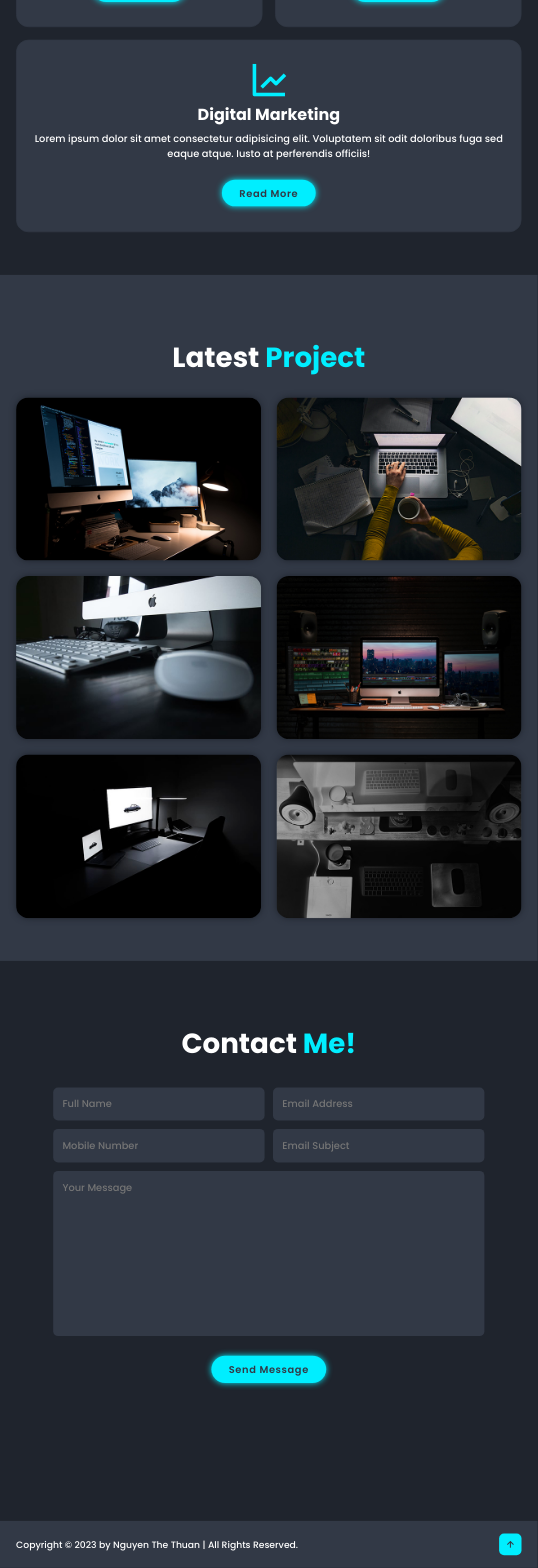
Repository: nguyenthethuan2004/portfolio
Page: index.html
These files come from the project's save history. The page is drawn as it stood at one moment and after the next save; the edit follows.
The browser window is 768 px wide. The pictures show the part of the page from y = 2394 to 4634 px (the page is 4634 px tall), at 70% of full size.

Above is the page before, as saved 2023-10-03 19:25:51.
Console error: ReferenceError: navbar is not defined

### index.html
<!DOCTYPE html>
<html lang="en">
  <head>
    <meta charset="UTF-8" />
    <meta name="viewport" content="width=device-width, initial-scale=1.0" />
    <title>Nguyen The Thuan</title>

    <!-- custom css -->

    <link rel="stylesheet" href="css/style.css" />

    <!-- box icon -->

    <link
      href="https://unpkg.com/boxicons@2.1.4/css/boxicons.min.css"
      rel="stylesheet"
    />
  </head>
  <body>

    <!-- header design -->

    <header class="header">
      <a href="#" class="logo" >Portfolio</a>

      <i class='bx bx-menu' id="menu-icon" ></i>

      <nav class="navbar">
        <a href="#home" class="active">Home</a>
        <a href="#about">About</a>
        <a href="#services">Services</a>
        <a href="#portfolio">Portfolio</a>
        <a href="#contact">Contact</a>
      </nav>
    </header>

    <!-- home setion design -->

    <section class="home" id="home">
      <div class="home-content">
        <h3>Hello, It's Me</h3>
        <h1>Nguyen The Thuan</h1>
        <h3>And I'm a <span>Fullstack Developer</span></h3>
        <p>
          Lorem ipsum dolor sit amet consectetur adipisicing elit. Repellat,
          modi? Quas sapiente blanditiis odit nam magni ad!
        </p>
        <div class="social-media">
          <a href=""><i class="bx bxl-facebook"></i></a>
          <a href=""><i class="bx bxl-github"></i></a>
          <a href=""><i class="bx bxl-linkedin"></i></a>
          <a href=""><i class="bx bxl-youtube"></i></a>
        </div>

        <a href="#" class="btn">Download CV</a>
      </div>

      <div class="home-img">
        <img
          src="Image/315543773_466116068957574_5528625686489521569_n (1).png" alt="Anh"
        />
      </div>
    </section>

    <!-- about section design -->

    <section class="about" id="about">
      <div class="about-img">
        <img src="Image/315543773_466116068957574_5528625686489521569_n (1).png" alt="">
      </div>
      <div class="about-content">
        <h2 class="heading">About <span>Me</span></h2>
        <h3>Graphic Design!</h3>
        <p>Lorem ipsum dolor sit amet consectetur adipisicing elit. Quaerat, nihil nemo quia aperiam voluptate iusto rerum commodi dicta animi accusantium ullam illum provident incidunt? Incidunt quas possimus quam tenetur. Eos expedita quis, nihil aperiam ab qui impedit sunt. Quam iusto dolorum voluptatum debitis in, delectus pariatur?</p>
        <a href="#" class="btn">Read More</a>
      </div>
    </section>

    <!-- services section design -->

    <section class="services" id="services">
      <h2 class="heading">Our <span>Services</span></h2>

      <div class="services-container">
        <div class="services-box">
          <i class='bx bx-code-alt'></i>
          <h3>Web Developer</h3>
          <p>Lorem ipsum dolor sit amet consectetur adipisicing elit. Voluptatem sit odit doloribus fuga sed eaque atque. Iusto at perferendis officiis!</p>
          <a href="#" class="btn">Read More</a>
        </div>

        <div class="services-box">
          <i class='bx bxs-paint' ></i>
          <h3>Graphic Design</h3>
          <p>Lorem ipsum dolor sit amet consectetur adipisicing elit. Voluptatem sit odit doloribus fuga sed eaque atque. Iusto at perferendis officiis!</p>
          <a href="#" class="btn">Read More</a>
        </div>

        <div class="services-box">
          <i class='bx bx-line-chart' ></i>
          <h3>Digital Marketing</h3>
          <p>Lorem ipsum dolor sit amet consectetur adipisicing elit. Voluptatem sit odit doloribus fuga sed eaque atque. Iusto at perferendis officiis!</p>
          <a href="#" class="btn">Read More</a>
        </div>
      </div>
    </section>

    <!-- portfolio section design -->

    <section class="portfolio" id="portfolio">
      <h2 class="heading">Latest <span>Project</span></h2>

      <div class="portfolio-container">
        <div class="portfolio-box">
          <img src="Image/1.jpg" alt="">
          <div class="portfolio-layer">
            <h4>Web Design</h4>
            <p>Lorem, ipsum dolor sit amet consectetur adipisicing elit. Accusamus, exercitationem?</p>
            <a href="#"><i class='bx bx-link-external' ></i></a>
          </div>
        </div>

        <div class="portfolio-box">
          <img src="Image/2.jpg" alt="">
          <div class="portfolio-layer">
            <h4>Web Design</h4>
            <p>Lorem, ipsum dolor sit amet consectetur adipisicing elit. Accusamus, exercitationem?</p>
            <a href="#"><i class='bx bx-link-external' ></i></a>
          </div>
        </div>

        <div class="portfolio-box">
          <img src="Image/3.jpg" alt="">
          <div class="portfolio-layer">
            <h4>Web Design</h4>
            <p>Lorem, ipsum dolor sit amet consectetur adipisicing elit. Accusamus, exercitationem?</p>
            <a href="#"><i class='bx bx-link-external' ></i></a>
          </div>
        </div>

        <div class="portfolio-box">
          <img src="Image/4.jpg" alt="">
          <div class="portfolio-layer">
            <h4>Web Design</h4>
            <p>Lorem, ipsum dolor sit amet consectetur adipisicing elit. Accusamus, exercitationem?</p>
            <a href="#"><i class='bx bx-link-external' ></i></a>
          </div>
        </div>

        <div class="portfolio-box">
          <img src="Image/5.jpg" alt="">
          <div class="portfolio-layer">
            <h4>Web Design</h4>
            <p>Lorem, ipsum dolor sit amet consectetur adipisicing elit. Accusamus, exercitationem?</p>
            <a href="#"><i class='bx bx-link-external' ></i></a>
          </div>
        </div>

        <div class="portfolio-box">
          <img src="Image/6.jpg" alt="">
          <div class="portfolio-layer">
            <h4>Web Design</h4>
            <p>Lorem, ipsum dolor sit amet consectetur adipisicing elit. Accusamus, exercitationem?</p>
            <a href="#"><i class='bx bx-link-external' ></i></a>
          </div>
        </div>
      </div>
    </section>

    <!-- contact section design -->

    <section class="contact" id="contact">
      <h2 class="heading">Contact <span>Me!</span></h2>

      <form action="#">
        <div class="input-box">
          <input type="text" placeholder="Full Name">
          <input type="email" placeholder="Email Address">
        </div>

        <div class="input-box">
          <input type="number" placeholder="Mobile Number">
          <input type="text" placeholder="Email Subject">
        </div>
        <textarea name="" id="" cols="30" rows="10" placeholder="Your Message"></textarea>
        <input type="submit" value="Send Message" class="btn">
      </form>
    </section>

    <!-- footer design -->
    <footer class="footer">
      <div class="footer-text">
        <p>Copyright &copy; 2023 by Nguyen The Thuan | All Rights Reserved.</p>
      </div>

      <div class="footer-iconTop">
        <a href="#home"><i class='bx bx-up-arrow-alt' ></i></a>
      </div>
    </footer>


          <!-- custom js -->
    <script src="js/script.js"></script>


  </body>
</html>

### css/style.css
    @import url('https://fonts.googleapis.com/css2?family=Poppins:ital,wght@0,300;0,500;0,600;0,700;0,800;0,900;1,300;1,400;1,500;1,600;1,700;1,800;1,900&display=swap');
* {
    margin: 0;
    padding: 0;
    box-sizing: border-box;
    text-decoration: none;
    border: none;
    outline: none;
    scroll-behavior:smooth;
    font-family: 'Poppins', sans-serif;
}

:root {
    --bg-color:#1f242d;
    --second-bg-color:#323946;
    --text-color:#fff;
    --main-color:#0ef;
}

html {
    font-size: 62.5%;
    overflow-x: hidden;
}

body {
    background: var(--bg-color);
    color: var(--text-color);
}

section {
    min-height: 100vh;
    padding: 10rem 9% 2rem;
}

.header {
    position: fixed;
    top: 0;
    left: 0;
    width: 100%;
    padding: 2rem 9%;
    background: var(--bg-color);
    display: flex;
    justify-content: space-between;
    align-items: center;
    z-index: 100;
}

.header .sticky {
    border-bottom:.1rem solid rgba(0, 0, 0,.2) ;
}

.logo {
    font-size: 2.5rem;
    color: var(--text-color);
    width: 600px;
    cursor: default;
}

.navbar a {
    font-size: 1.7rem;
    color: var(--text-color);
    margin-left: 4rem;
    transition: .3s;
}

.navbar a:hover,
.navbar a.active {
    color: var(--main-color);
}

#menu-icon {
    font-size: 3.6rem;
    color: var(--text-color);
    display: none;
}

.home {
    display: flex;
    justify-content: center;
    align-items: center;
}

.home-image {
    width: 32vw;
}

.home-content h3 {
    font-size: 3.2rem;
    font-weight: 700;
}


.home-content h3:nth-of-type(2) {
    margin-bottom: 2rem;
}

span {
    color: var(--main-color);
}

.home-content h1 {
    font-size: 5.6rem;
    font-weight: 700;
    line-height: 1.3;
}

.home-content p {
    font-size: 1.6rem;
}

.social-media a {
    display: inline-flex;
    justify-content: center;
    align-items: center;
    width: 4rem;
    height: 4rem;
    background: transparent;
    border: .2rem solid var(--main-color);
    border-radius: 50%;
    font-size: 2rem;
    color: var(--main-color);
    margin: 3rem 1.5rem 3rem 0;
    transition: .3s ease;
}
.social-media a:hover {
    background: var(--main-color);
    color: var(--second-bg-color);
    box-shadow: 0 0 1rem var(--main-color);
}

.btn {
    display: inline-block;
    padding: 1rem 2.8rem;
    background: var(--main-color);
    border-radius: 4rem;
    box-shadow: 0 0 1rem var(--main-color);
    font-size: 1.6rem;
    color: var(--second-bg-color);
    letter-spacing: .1rem;
    font-weight: 600;
    transition: .5s ease-in-out;
}

.btn:hover {
    box-shadow: none;

}

.about {
    display: flex;
    justify-content: center;
    align-items: center;
    gap: 2rem;
    background: var(--second-bg-color);
}

.about-img img {
    width: 35vw;
}

.heading {
    text-align: center;
    font-size: 4.5rem;
}

.about-content h2 {
    text-align: left;
    line-height: 1.2;
}

.about-content h3 {
    font-size:2.6rem;
}

.about-content p {
    font-size: 1.6rem;
    margin: 2rem 0 3rem 0;
}

.services h2 {
    margin-bottom: 5rem;
}

.services-container {
    display:flex;
    justify-content: center;
    align-items: center;
    flex-wrap: wrap;
    gap:2rem;
}

.services-container .services-box {
    flex: 1 1 30rem;
    background: var(--second-bg-color);
    padding: 3rem 2rem 4rem;
    border-radius: 2rem;
    text-align: center;
    border: .2rem solid var(--second-bg-color);
    transition: .5s ease;
}

.services-container .services-box:hover {
    border-color: var(--main-color);
    transform: scale(1.02);
}

.services-box i {
    font-size: 7rem;
    color: var(--main-color);
}

.services-box h3 {
    font-size: 2.6rem;
}

.services-box p {
    font-size: 1.6rem;
    margin: 1rem 0 3rem;
}

.portfolio {
    background:var(--second-bg-color) ;
}

.portfolio h2 {
    margin-bottom: 4rem;
}

.portfolio-container {
    display: grid;
    grid-template-columns: repeat(3, 1fr);
    align-items: center;
    gap: 2.5rem ;
}

.portfolio-container .portfolio-box {
    position: relative;
    border-radius: 2rem ;
    box-shadow: 0 0 1rem var(--bg-color);
    overflow: hidden;
    display: flex;
}

.portfolio-box img {
    width: 100%;
    transition: .5s ease;
}

.portfolio-box:hover img {
    transform: scale(1.1);
}

.portfolio-box .portfolio-layer {
    position: absolute;
    bottom: 0;
    left: 0;
    width: 100%;
    height: 100%;
    background: linear-gradient( rgba(0, 0, 0,.1), var(--main-color));
    display: flex;
    justify-content: center;
    align-items: center;
    flex-direction: column;
    text-align: center;
    padding: 0 4rem;
    transform: translateY(100%);
    transition: .5s ease;

}

.portfolio-box:hover .portfolio-layer {
    transform: translateY(0);

}

.portfolio-box .portfolio-layer h4 {
    font-size: 4rem;
}

.portfolio-layer p {
    font-size: 1.6rem;
    margin: .3rem 0 1rem 0;
}

.portfolio-layer a {
    display: inline-flex;
    justify-content: center;
    align-items: center;
    width: 3.7rem;
    height: 3.7rem;
    background:var(--text-color);
    border-radius: 50%;
}

.portfolio-layer a i {
    font-size: 2rem;
    color: var(--second-bg-color);
}

.contact h2 {
    margin-bottom: 3rem;
}

.contact form {
    max-width: 70rem;
    margin: 1rem auto;
    text-align: center;
    margin-bottom: 3rem;
}

.contact form .input-box {
    display: flex;
    justify-content: space-between;
    flex-wrap: wrap;
}

.contact form .input-box input,
.contact form textarea {
    width: 100%;
    padding: 1.5rem;
    font-size:1.6rem;
    color: var(--text-color);
    background: var(--second-bg-color);
    border-radius: .8rem;
    margin: .7rem 0;
}

.contact form .input-box input {
    width: 49%;
}

.contact form textarea {
    resize: none;
}

.contact form .btn {
     margin-top: 2rem;
     cursor: pointer;
}

.footer {
    display: flex;
    justify-content: space-between  ;
    align-items: center;
    flex-wrap: wrap;
    padding: 2rem 9%;
    background: var(--second-bg-color);
}

.footer-text {
    font-size: 1.5rem;
}

.footer-iconTop a {
    display: inline-flex;
    justify-content: center;
    align-items: center;
    padding: .8rem;
    background: var(--main-color);
    border-radius: .8rem;
    transition: .5s ease;
}

.footer-iconTop a:hover {
    box-shadow: 0 0 1rem var(--main-color);
}

.footer-iconTop a i {
    font-size: 2rem;
    color: var(--second-bg-color);
}

/* ---------------------------------BREAKPOINTS------------------------- */

@media (max-width:1200px) {
    html {
        font-size: 55%;
    }
}

@media (max-width:991px) {
    .header {
        padding: 2rem 3%;
    }

    section {
        padding: 10rem 3% 2rem;
    }

    .services {
        padding-bottom: 7rem;
    }

    .portfolio {
        padding-bottom: 7rem;
    }

    .footer {
        padding: 2rem 3%;
    }
}

@media (max-width:768px) {
    #menu-icon{
        display: block;
    }

    .navbar {
        position:  absolute;
        top: 100%;
        left: 0;
        width: 100%;
        padding: 1rem 3%;
        background: var(--bg-color);
        border-top: .1rem solid rgba(0, 0, 0,.2);
        box-shadow: 0 0.5rem 1rem rgba(0, 0, 0,.2);
        display: none;
    }

    .navbar .active {
        display: block;
    }

    .navbar a {
        display:block;
        font-size: 2rem;
        margin: 3rem 0;

    }

    .home {
        flex-direction: column;
    }

    .home-content h3 {
        font-size: 2.6rem;
    }

    .home-content h1 {
        font-size: 5rem;
    }

    .home-img img {
        width: 70vw;
        margin-top: 4rem;
    }

    .about {
        flex-direction: column-reverse;
    }

    .about img {
        width: 70vw;
        margin-top: 4rem;
    }

    .services h2 {
        margin-bottom: 3rem;
    }

    .portfolio h2 {
        margin-bottom: 3rem;
    }

    .portfolio-container {
        grid-template-columns: repeat(2, 1fr);
    }
}

@media (max-width:617px) {
    .portfolio-container {
        grid-template-columns: 1fr;
    }
}

### js/script.js
/*========================= toggle icon navbar ========================*/

let menuIcon = document.querySelector('#menu-icon');
let navbarIcon = document.querySelector('.navbar');

menuIcon.onclick = () => {
    menuIcon.classList.toggle('bx-x');
    navbar.classList.toggle('active');
};

/*========================= scroll sections avtive link ========================*/

 let sections = document.querySelectorAll('section');
 let navLinks = document.querySelectorAll('header nav a');

 window.onscroll = () => {
    sections.forEach(sec => {
        let top = window.scrollY;
        let offset = sec.offsetTop - 150;
        let height = sec.offsetHeight;
        let id =  sec.getAttribute('id');

        if (top >= offset && top < offset + height) {
            navLinks.forEach(links => {
                links.classList.remove('active');
                document.querySelector('header nav a[href*=' + id + ']').classList.add('active');

            });
        };
    });
    /*========================= sticky navbar =========================*/

    let header = document.querySelector('header');

    header.classList.toggle('sticky', window.scrollY > 100);

    /*========================= remove toggle icon and navbar when click navbar links ========================*/
    menuIcon.classList.remove('bx-x');
    navbar.classList.remove('active');
};

After the next save:
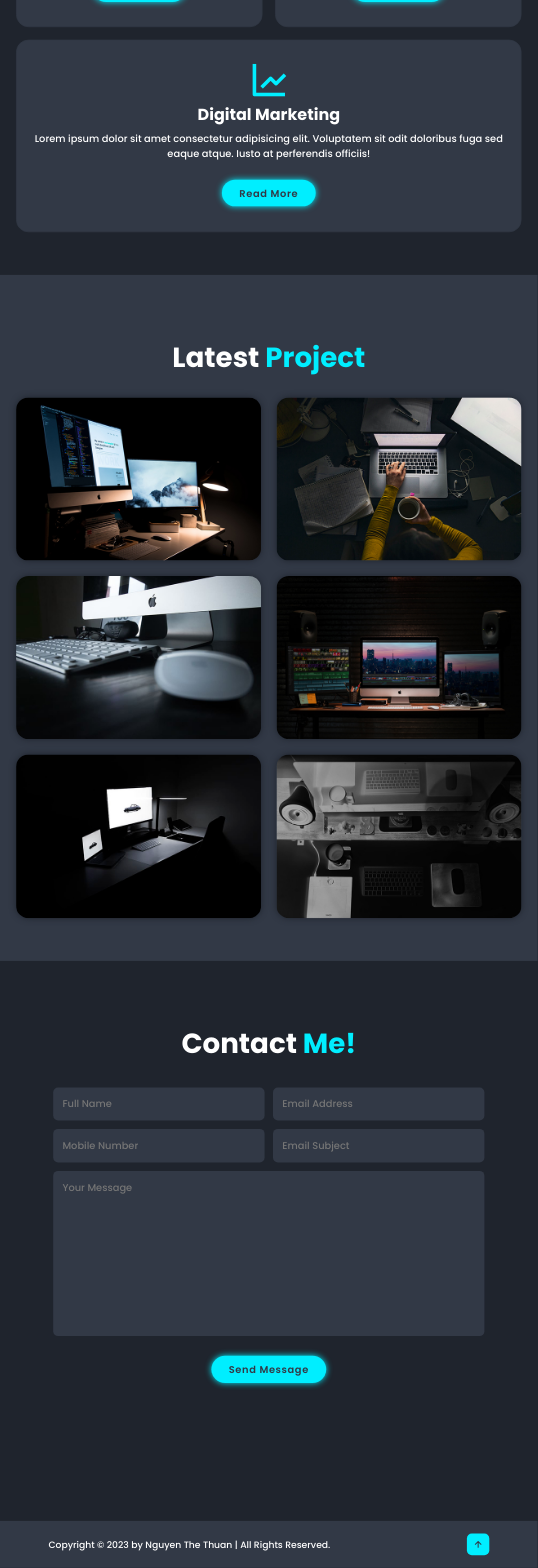
Saved 43 s later.
--- a/css/style.css
+++ b/css/style.css
@@ -395,6 +395,8 @@
         padding-bottom: 7rem;
     }
 
+    .contact
+
     .footer {
         padding: 2rem 3%;
     }

After the save that followed:
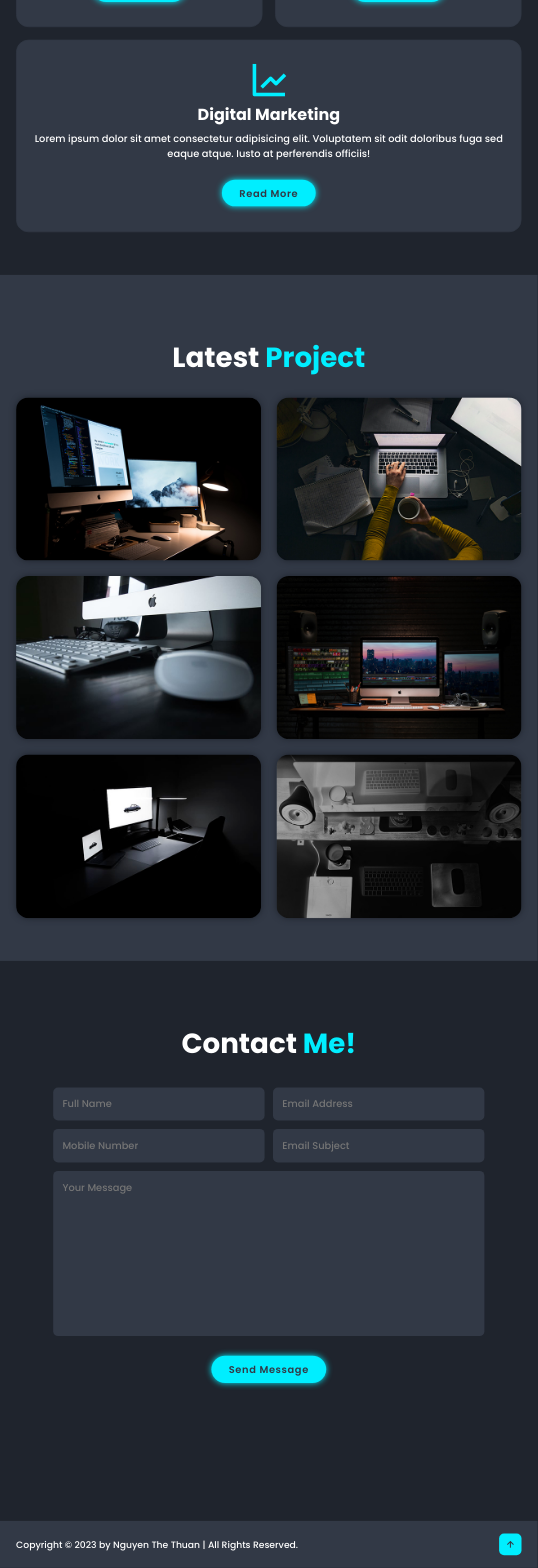
Saved 4 s later.
--- a/css/style.css
+++ b/css/style.css
@@ -395,7 +395,9 @@
         padding-bottom: 7rem;
     }
 
-    .contact
+    .contact {
+
+    }
 
     .footer {
         padding: 2rem 3%;
